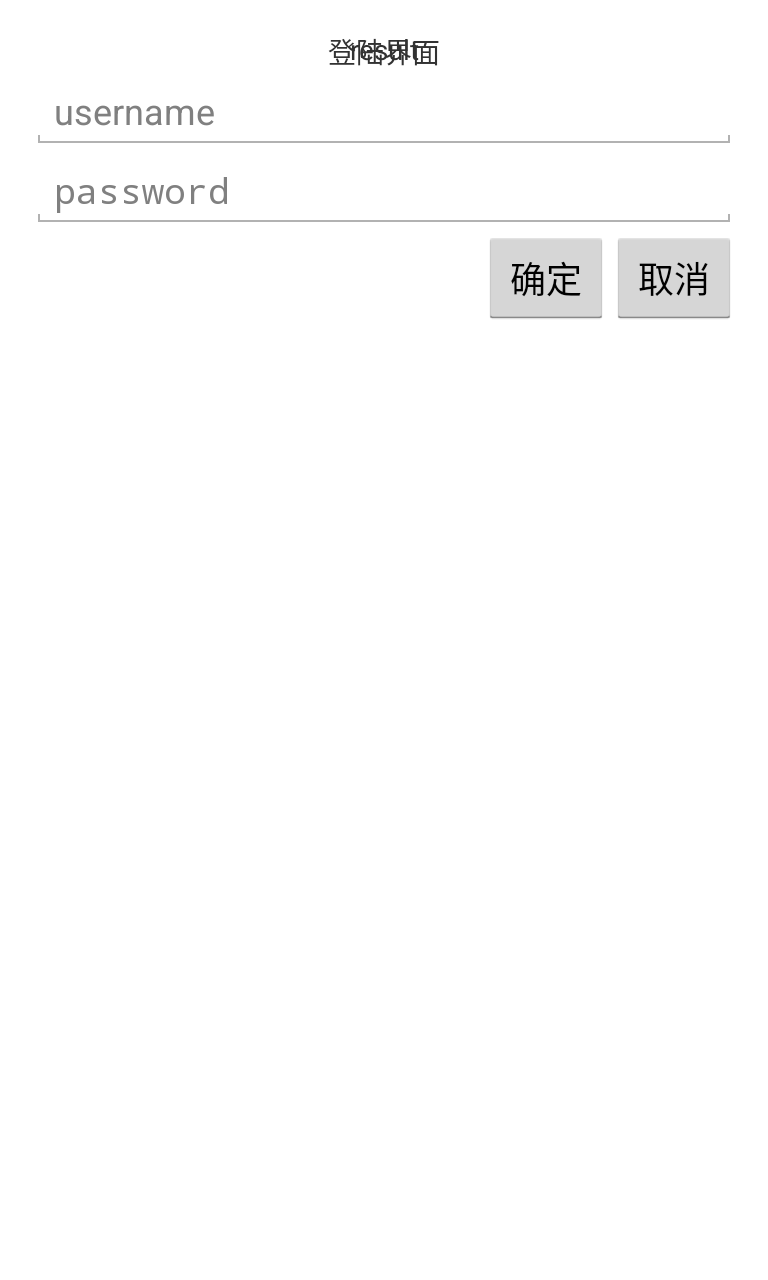
Repository: KungW/windows_learn_java_track
Layout: S01E15Relativelayout3/res/layout/activity_main.xml
An editor plug-in stored every save of this project. The layout is shown before and after the next save, followed by the edit.
It is drawn on a 768 x 1280 px phone screen (xhdpi) without system bars, with theme AppTheme; the app's code is not run.

Above is the layout before, as saved 2016-10-13 02:45:42.

### S01E15Relativelayout3/res/layout/activity_main.xml
<RelativeLayout xmlns:android="http://schemas.android.com/apk/res/android"
    xmlns:tools="http://schemas.android.com/tools"
    android:layout_width="match_parent"
    android:layout_height="match_parent"
    android:padding="15dp"
    >

    <TextView
        android:id="@+id/labelview"
        android:layout_width="match_parent"
        android:layout_height="wrap_content"
        android:gravity="center"
        android:text="登陆界面" />
    <EditText
        android:id="@+id/usernameText"
        android:layout_width="wrap_content"
        android:layout_height="wrap_content"
        android:layout_alignParentLeft="true"
        android:layout_alignParentRight="true"
        android:hint="username"
        android:layout_below="@id/labelview"
        />
    <EditText
        android:id="@+id/passwordText"
        android:layout_width="wrap_content"
        android:layout_height="wrap_content"
        android:layout_alignLeft="@id/usernameText"
        android:layout_alignRight="@id/usernameText"
        android:hint="password"
        android:inputType="textPassword"
        android:layout_below="@id/usernameText"
        />
    <Button
        android:id="@+id/cancelButton"
        android:layout_width="wrap_content"
        android:layout_height="wrap_content"
        android:layout_below="@id/passwordText"
        android:layout_alignParentRight="true"
        android:text="取消"
        />
    <Button
        android:id="@+id/okButton"
        android:layout_width="wrap_content"
        android:layout_height="wrap_content"
        android:layout_alignBottom="@id/cancelButton"
        android:layout_toLeftOf="@id/cancelButton"
        android:text="确定"
        />
    <TextView
        android:id="@+id/resview"
        android:layout_width="match_parent"
        android:layout_height="wrap_content"
        android:gravity="center"
        android:text="result" />

</RelativeLayout>

Loaded but not shown: S01E15Relativelayout3/res/values/styles.xml (common file); S01E15Relativelayout3/res/values-v11/styles.xml (common file); S01E15Relativelayout3/res/values-v14/styles.xml (common file)

After the next save:
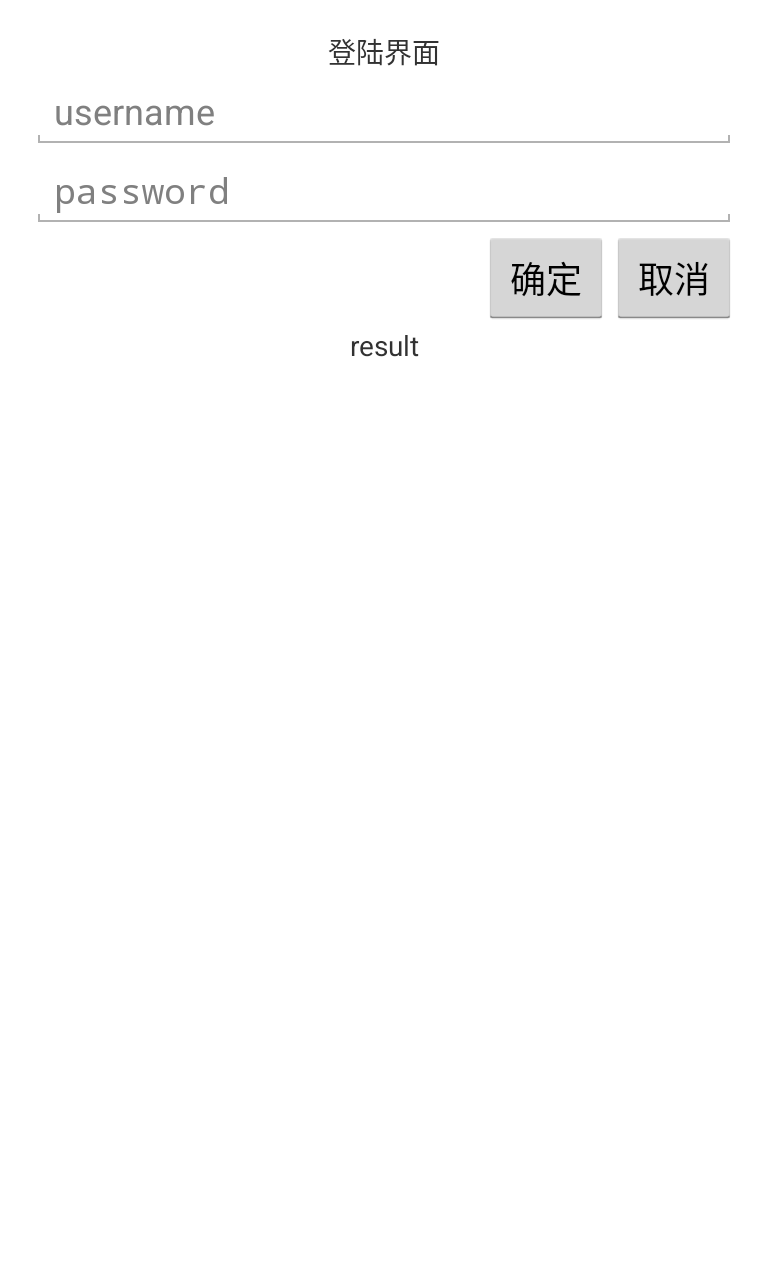
Saved 5 min 9 s later.
--- a/S01E15Relativelayout3/res/layout/activity_main.xml
+++ b/S01E15Relativelayout3/res/layout/activity_main.xml
@@ -51,6 +51,7 @@
         android:layout_width="match_parent"
         android:layout_height="wrap_content"
         android:gravity="center"
+        android:layout_below="@id/okButton"
         android:text="result" />
 
 </RelativeLayout>
